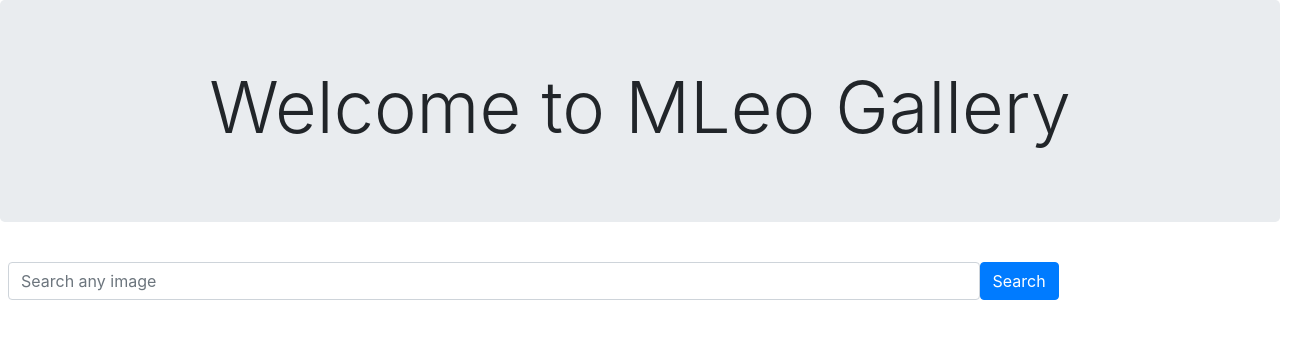
Repository: the-manohar/gallery
Page: /
These files come from the project's save history. The page is drawn as it stood at one moment and after the next save; the edit follows.
The browser window is 1280 px wide. The page is 1295 px wide, so the pictures cover 1295 px, including what lies to the right of the window. The pictures show the whole page.
The project was rebuilt for these pictures with package versions that can differ from the ones it lists, and the page was loaded fresh each time.

Above is the page before, as saved 2020-06-18 23:46:16.

### src/index.js
import React from "react";
import ReactDOM from "react-dom";
import "./index.css";
import "bootstrap/dist/css/bootstrap.css";
import App from "./App";
import * as serviceWorker from "./serviceWorker";

ReactDOM.render(
  <React.StrictMode>
    <App />
  </React.StrictMode>,
  document.getElementById("root")
);

// If you want your app to work offline and load faster, you can change
// unregister() to register() below. Note this comes with some pitfalls.
// Learn more about service workers: https://bit.ly/CRA-PWA
serviceWorker.unregister();

### src/App.js
import React, { useState } from "react";
import { Button, InputGroup, Input, Jumbotron, Spinner } from "reactstrap";

import "./App.css";

function App() {
  const [value, setValue] = useState("");
  const [result, setResult] = useState([]);
  const fetchImages = () => {
    fetch(
      `https://api.unsplash.com/search/photos/?client_id=V38aA4zOjg1Xb1lBpNRUAK8duXvqwhDHHJbssXB_Pps&query=${value}&orientation=squarish&per_page=18`
    )
      .then((res) => res.json())
      .then((data) => {
        setResult(data.results);
      });
  };
  return (
    <div className="row">
      <div className="App col-sm-5 col-md-12 col-xs-8">
        <Jumbotron>
          <h1 className="display-3">Welcome to MLeo Gallery</h1>
        </Jumbotron>
        <div className="d-flex col-sm-4 col-md-10 col-xs-4 p-2">
          <InputGroup>
            <Input
              placeholder="Search any image"
              value={value}
              onChange={(event) => setValue(event.target.value)}
            />
          </InputGroup>
          <Button color="primary" onClick={() => fetchImages()}>
            Search
          </Button>
        </div>

        {
          result.length > 0 ? (
            <div className="col-sm-12">
              {result.map((item) => {
                return (
                  <img
                    className=" img-thumbnail"
                    key={item.id}
                    src={item.urls.small}
                    alt={item.urls.small}
                  />
                );
              })}
            </div>
          ) : null
          // <Spinner style={{ width: "3rem", height: "3rem" }} />
        }
      </div>
    </div>
  );
}

export default App;

//

### src/App.css
.App {
  text-align: center;
}
/* .mydiv {
  display: flex;
  /* justify-content: space-around; */
/* margin: 10px 7%; */
/* box-shadow: 1px 1px 5px grey; */
/* padding: 10px; */
/* } */
*/ .gallery {
  display: flex;
  flex-wrap: wrap;
  justify-content: space-around;
}
.item {
  width: 30%;
  margin: 5px;
}

Loaded but not shown: public/index.html (common file); src/index.css (common file); src/serviceWorker.js (common file)

After the next save:
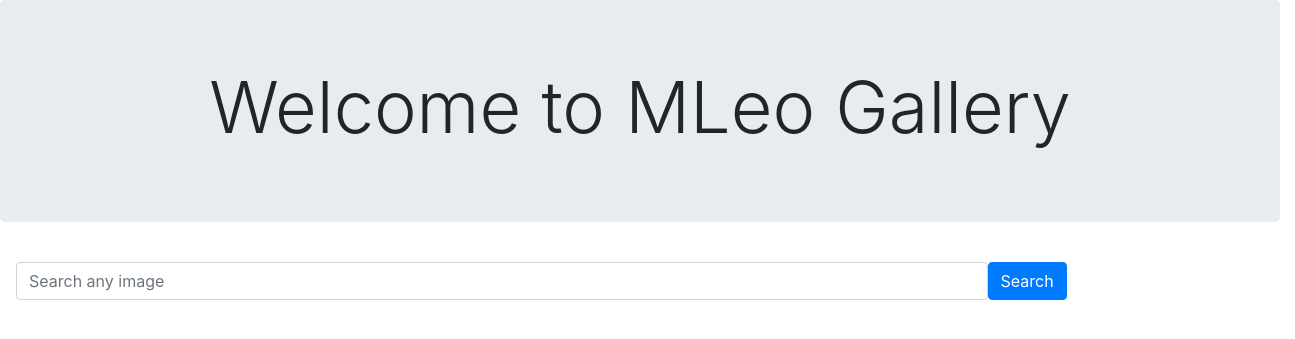
Saved 9 s later.
--- a/src/App.js
+++ b/src/App.js
@@ -21,7 +21,7 @@ function App() {
         <Jumbotron>
           <h1 className="display-3">Welcome to MLeo Gallery</h1>
         </Jumbotron>
-        <div className="d-flex col-sm-4 col-md-10 col-xs-4 p-2">
+        <div className="d-flex col-sm-4 col-md-10 col-xs-4 p-2 m-2">
           <InputGroup>
             <Input
               placeholder="Search any image"
